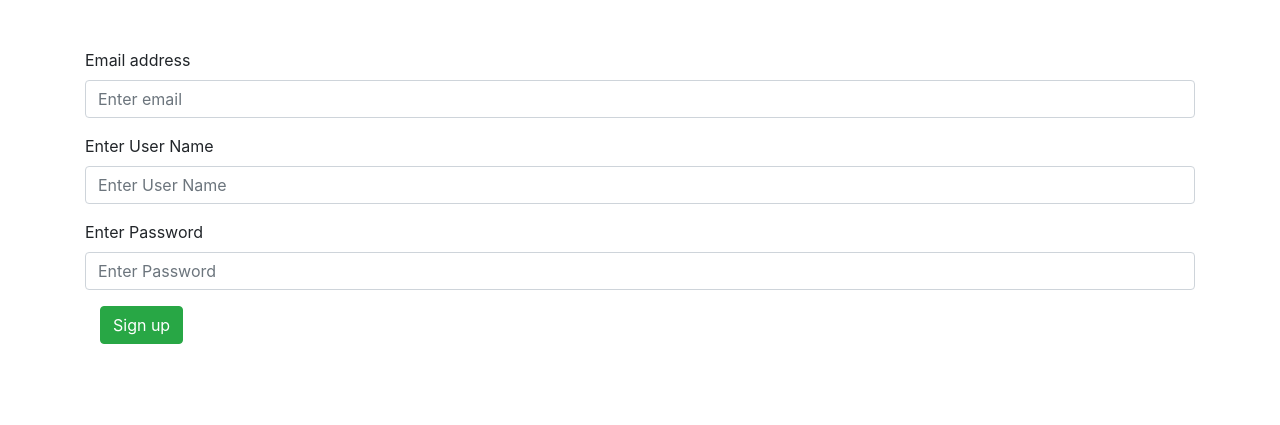
Repository: ashokthombre/Practice-projects
Page: http://localhost/springmvc/contact
The author's editor kept a copy of each file at every save. The page is drawn from the files as they stood at one save, then again after the next save.
The browser window is 1280 px wide. The pictures show the whole page.
Some web libraries are served in a nearby version. The page is served by Tomcat 9.

Above is the page before, as saved 2024-09-02 17:25:45.

After the next save:
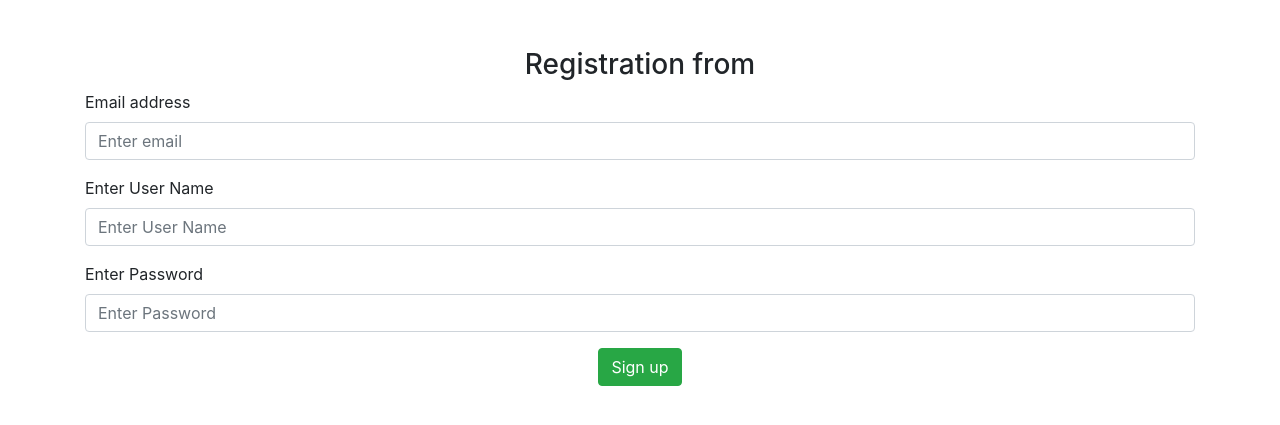
Saved 91 s later.
--- a/springmvc/src/main/webapp/WEB-INF/views/contact.jsp
+++ b/springmvc/src/main/webapp/WEB-INF/views/contact.jsp
@@ -13,6 +13,7 @@
   <body>
 
     <div class="container mt-5">
+    <h3 class="text-center">Registration from</h3>
 
 
     <form>
@@ -36,7 +37,7 @@
 
   </div>
 
-  <diV class="container text-align-center">
+  <diV class="container text-center">
   <button type="submit" class="btn btn-success">Sign up</button>
   </diV>
   </form>
